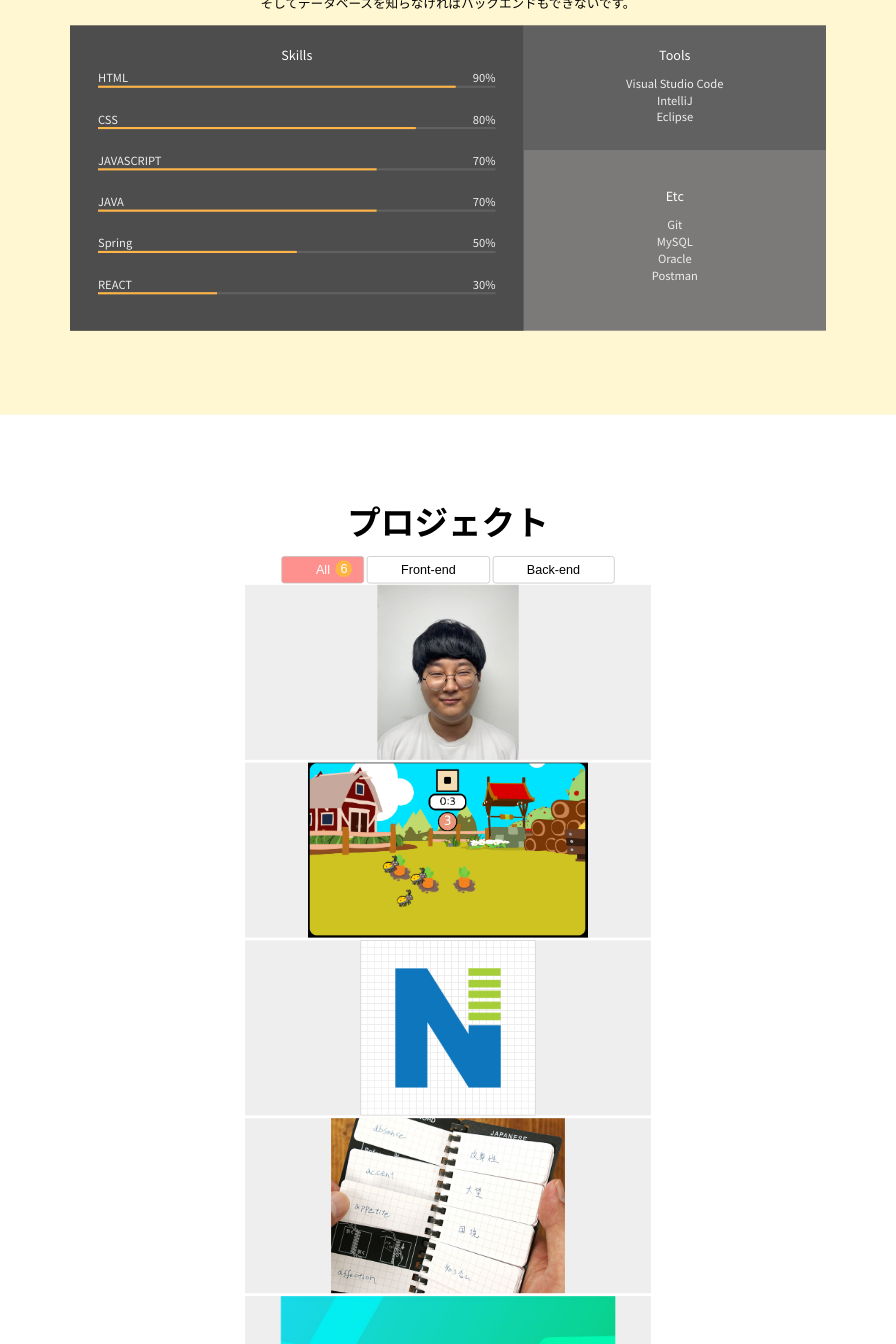
Repository: N1C0N1C0/website_introduction
Page: index.html
These files come from the project's save history. The page is drawn as it stood at one moment and after the next save; the edit follows.
The browser window is 1280 px wide. The pictures show the part of the page from y = 1868 to 3788 px (the page is 4848 px tall), at 70% of full size.
Some web libraries are served in a nearby version.

Above is the page before, as saved 2023-08-29 12:53:07.

### index.html
<!DOCTYPE html>
<html lang="en">
  <head>
    <meta charset="UTF-8" />
    <meta name="viewport" content="width=device-width, initial-scale=1.0" />
    <title>自己紹介</title>
    <meta
      name="description"
      content="Portfolio for engineer KimJeongmin"
    />
    <meta name="author" content="Kim" />
    <link rel="icon" type="image/icon" href="imgs/file-pdf-solid.svg" />
    <script src="https://kit.fontawesome.com/04742e9fab.js" crossorigin="anonymous"></script>
    <link href="https://fonts.googleapis.com/css2?family=Noto+Sans+JP:wght@300;400;500&display=swap" rel="stylesheet">

    <link rel="stylesheet" href="style.css" />
    <script src="main.js" defer></script>
  </head>
  <body>
    <!-- Navbar -->
    <nav id="navbar">
      <div class="navbar__logo">
        <i class="fa-regular fa-face-smile"></i>
        <a href="#">キムジョンミン</a>
      </div>
        <ul class="navbar__menu">
          <li class="navbar__menu__item active" data-link="#home">ホーム</li>
          <li class="navbar__menu__item" data-link="#about">紹介</li>
          <li class="navbar__menu__item" data-link="#skills">技術</li>
          <li class="navbar__menu__item" data-link="#work">プロジェクト</li>
          <li class="navbar__menu__item" data-link="#contact">連絡</li>
        </ul>

      <!-- Toggle button -->
      <button class="navbar__toggle-btn">
        <i class="fa-solid fa-bars"></i>
      </button>
    </nav>

    <!-- Home -->
    <section id="home">
      <div class="home__container">
      <img src="imgs/kimu.jpg" alt="Anzang" class="home__avatar" />
      <h1 class="home__title">ようこそ <br />キムジョンミンと申します。</h1>
      <h2 class="home__description">
        今は株式会社SISに内定者です。
      </h2>
      <button class="home__contact">連絡しましょう</button>
    </div>
    </section>
    <!-- About -->
    <section id="about" class="section" class="section__container">
      <h1>自己紹介</h1>
      <p>
        初めまして、2022年9月からITの方を勉強しています。<br>
        研修院ではJAVAのみ習ってからあまりは独学で本とネット講義から見て勉強しています。<br>
        最近はspringとreactというフレームワークに関して学んでいます。
      <div class="about__majors">
        <div class="major">
          <div class="major__icon">
            <i class="fa-solid fa-desktop"></i>
          </div>
          <h2 class="major__title">Front-end</h2>
          <div class="major__description">
            HTML, CSS, JavaScript
            <br />React
          </div>
        </div>
        <div class="major">
          <div class="major__icon">
            <i class="fa-solid fa-database"></i>
          </div>
          <h2 class="major__title">Back-end</h2>
          <div class="major__description">
            Java, JavaScript
            <br />
            Spring
          </div>
        </div>
      </div>
      <div class="about__jobs">
        <div class="job">
          <img src="imgs/sis_image.png" alt="sis" class="job__logo" style="width: 100px; height: 70px;"/>
          <div class="job_description">
            <p class="job__name">
              現在、株式会社SISの内定者
            </p>
            <p class="job__period">2023 SIS - From now on</p>
          </div>
        </div>
      </div>
    </section>

    <!-- Skills -->
    <section id="skills" class="section">
      <div class="section__container">
      <h1>技術</h1>
      <p>
        フレームワークを勉強するために基本的にJAVAとJavaScriptはできなければならないです。<br>
        そしてデータベースを知らなければバックエンドもできないです。
      </p>
      <div class="skillset">
        <div class="skillset__left">
          <h3 class="skillset__title">Skills</h3>
          <div class="skill">
            <div class="skill__description">
              <span>HTML</span>
              <span>90%</span>
            </div>
            <div class="skill__bar">
              <div class="skill__value" style="width: 90%;"></div>
            </div>
          </div>
          <div class="skill">
            <div class="skill__description">
              <span>CSS</span>
              <span>80%</span>
            </div>
            <div class="skill__bar">
              <div class="skill__value" style="width: 80%;"></div>
            </div>
          </div>
          <div class="skill">
            <div class="skill__description">
              <span>JAVASCRIPT</span>
              <span>70%</span>
            </div>
            <div class="skill__bar">
              <div class="skill__value" style="width: 70%;"></div>
            </div>
          </div>
          <div class="skill">
            <div class="skill__description">
              <span>JAVA</span>
              <span>70%</span>
            </div>
            <div class="skill__bar">
              <div class="skill__value" style="width: 70%;"></div>
            </div>
          </div>
          <div class="skill">
            <div class="skill__description">
              <span>Spring</span>
              <span>50%</span>
            </div>
            <div class="skill__bar">
              <div class="skill__value" style="width: 50%;"></div>
            </div>
          </div>
          <div class="skill">
            <div class="skill__description">
              <span>REACT</span>
              <span>30%</span>
            </div>
            <div class="skill__bar">
              <div class="skill__value" style="width: 30%;"></div>
            </div>
          </div>
        </div>
        <div class="skillset__right">
          <div class="tools">
            <h3 class="skillset__title">Tools</h3>
            <ul class="tools__list">
              <li><span>Visual Studio Code</span></li>
              <li><span>IntelliJ</span></li>
              <li><span>Eclipse</span></li>
            </ul>
          </div>
          <br>
          <div class="etc">
            <h3 class="skillset__title">Etc</h3>
            <ul class="ect__list">
              <li><span>Git</span></li>
              <li><span>MySQL</span></li>
              <li><span>Oracle</span></li>
              <li><span>Postman</span></li>
            </ul>
          </div>
        </div>
      </div>
    </div>
    </section>
    <!-- Work -->
    <section id="work" class="section">
      <div class="section__container">
      <h1>プロジェクト</h1>
      <div class="work__categories">
        <button class="category__btn selected" data-filter="*">
          All<span class="category__count">6</span>
        </button>
        <button class="category__btn" data-filter="front-end">
          Front-end<span class="category__count">2</span>
        </button>
        <button class="category__btn" data-filter="back-end">
          Back-end<span class="category__count">4</span>
        </button>
      </div>

      <div class="work__projects">
        <a
          href="https://www.youtube.com/@dream-coding"
          class="project"
          target="_blank"
          data-type="front-end"
        >
          <img
            src="imgs/projects/안종민.png"
            alt="Anzang"
            class="project__img"
          />
          <div class="project__description">
            <h3>Youtube Site</h3>
            <span>Clone coding with HTML and CSS</span>
          </div>
        </a>
        <a
          href="https://github.com/N1C0N1C0/mini_game"
          class="project"
          target="_blank"
          data-type="front-end"
        >
          <img
            src="imgs/mini_game_image.png"
            alt="mini_game"
            class="project__img"
          />
          <div class="project__description">
            <h3>ミニゲーム</h3>
            <span></span>
          </div>
        </a>
        <a
          href="https://github.com/N1C0N1C0/JSP-HRD0620"
          class="project"
          target="_blank"
          data-type="back-end"
        >
          <img
            src="imgs/ncs_image.gif"
            alt="Ncs"
            class="project__img"
          />
          <div class="project__description">
            <h3>NCS試験(JSP)</h3>
            <span>情報処理産業技師を取るために何も参考しなくて掲示板を作ることができます。</span>
          </div>
        </a>
        <a
          href="https://github.com/N1C0N1C0/jsp_wordBook"
          class="project"
          target="_blank"
          data-type="back-end"
        >
          <img
            src="imgs/woodbook_image.png"
            alt="Woodbook"
            class="project__img"
          />
          <div class="project__description">
            <h3>Wordbook(JSP)</h3>
            <span>覚えたい単語があったらすぐに登録してから後で読めます。</span>
          </div>
        </a>
        <a
          href="https://github.com/N1C0N1C0/naver_api_search"
          class="project"
          target="_blank"
          data-type="back-end"
        >
          <img
            src="imgs/naver_api_image.jpeg"
            alt="naver_api"
            class="project__img"
          />
          <div class="project__description">
            <h3>Naver API 検索機能</h3>
            <span>Naverから検索機能を利用して食店の情報が出ます。</span>
          </div>
        </a>
        <a
          href="https://github.com/N1C0N1C0/spring_shop"
          class="project"
          target="_blank"
          data-type="back-end"
        >
          <img
            src="imgs/shop_image.jpeg"
            alt="shop"
            class="project__img"
          />
          <div class="project__description">
            <h3>服屋</h3>
            <span>Spring Bootのいろんな機能を利用してウェーブショッピングモールです。</span>
          </div>
        </a>
      </div>
      </div>
    </section>
    <!-- Contact -->
    <section id="contact" class="section">
      <h1 class="contact__title">話しましょう！</h1>
      <h2 class="contact__email">dothd8775@gmail.com</h2>
      <div class="contact__links">
        <a href="https://github.com/N1C0N1C0" target="_blank">
          <i class="fa-brands fa-github"></i>
        </a>
        <a href="https://github.com/N1C0N1C0" target="_blank">
          <i class="fa-brands fa-square-git"></i>
        </a>
      </div>
      <p class="contact__rights">
        2023 個人プロジェクト - All rights reserved
      </p>
    </section>

    <!-- Arrow up -->
    <button class="arrow__up">
      <i class="fa-solid fa-arrow-up"></i>
    </button>
  </body>
</html>

### style.css
/* Global */
:root {
    /* Color */
    --color-white: #fff;
    --color-light-white: #eee;
    --color-dark-white: #bdbdbd;
    --color-pink: #fe918d;
    --color-dark-pink: #ff6863;
    --color-black: #4d4d4d;
    --color-dark-grey: #4d4d4d;
    --color-grey: #616161;
    --color-light-grey: #7c7979;
    --color-blue: #73aace;
    --color-yellow: #fff7d1;
    --color-orange: #feb546;
    --color-black: #000;

    /* Font size */
    --font-large: 48px;
    --font-medium: 28px;
    --font-regular: 18px;
    --font-small: 16px;
    --font-micro: 14px;

    /* Font weight */
    --weight-bold: 700;
    --weight-semi-bold: 600;
    --weight-regular: 400;

    /* Size */
    --size-border-radius: 4px;

    /* Animation */
    --animation-duration: 300ms;
}

/* Universal tags */
* {
    box-sizing: border-box;
}

body {
    font-family: 'Noto Sans JP', sans-serif;
    margin: 0;
    cursor: default;
}

a {
    text-decoration: none;
    color: var(--color-white);
}

ul {
    list-style: none;
    padding-left: 0;
}

button {
    background-color: transparent;
    cursor: pointer;
    border: none;
    outline: none;
    padding: 0;
}

/* Typography */
h1 {
    font-size: var(--font-large);
    font-weight: var(--weight-bold);
    color: var(--color-black);
    margin: 16px 0;
}

h2 {
    font-size: var(--font-medium);
    font-weight: var(--weight-semi-bold);
    color: var(--color-black);
    margin: 8px 0;
}

h3 {
    font-size: var(--font-regular);
    font-weight: var(--weight-regular);
    color: var(--color-black);
    margin: 8px 0;
}

p {
    font-size: var(--font-regular);
    font-weight: var(--weight-regular);
    color: var(--color-black);
    margin: 4px 0;
}

/* Navbar */
#navbar {
    position: fixed;
    width: 100%;
    display: flex;
    justify-content: space-between;
    background-color: transparent;
    align-items: center;
    color: var(--color-white);
    padding: 16px;
    transition: all var(--animation-duration) ease-in-out;
    z-index: 1;
}

#navbar.navbar--dark {
    background-color: var(--color-black);
    padding: 16px;

}

.navbar__menu {
    display: flex;
}

.navbar__logo {
    font-size: var(--font-medium);
    font-weight: var(--weight-semi-bold);
}

.navbar__menu__item {
    padding: 8px 12px;
    margin: 0 4px;
    cursor: pointer;
    color: var(--color-white);
    border: 1px solid transparent;
    border-radius: var(--size-border-radius);
}

.navbar__menu__item.active {
    border: 1px solid var(--color-white);
}

.navbar__menu__item:hover {
    border-color: var(--color-white);
    background-attachment: var(--color-dark-grey);
}

.navbar__toggle-btn {
    position: absolute;
    top: 20px;
    right: 32px;
    font-size: 24px;
    color: var(--color-white);
    display: none;
}

/* Home */
#home {
    background-color: var(--color-black);
    padding: 40px;
    padding-top: 120px;
    text-align: center;
}

.home__avatar {
    width: 250px;
    height: 250px;
    border-radius: 50%;
    border: 2px solid var(--color-light-white);
}

.home__title,
.home__description {
    color: var(--color-white);
}

.home__contact {
    color: var(--color-white);
    font-size: var(--font-regular);
    font-weight: var(--weight-bold);
    margin: 24px;
    padding: 8px 12px;
    border: 2px solid var(--color-white);
    border-radius: var(--size-border-radius);
}

.home__contact:hover {
    background-color: var(--color-orange);
}

/* Section common */
.section {
    padding: 100px;
    text-align: center;
    margin: auto;
}

.section__container {
    max-width: 1200px;
    margin: auto;
}

/* About */
.about__majors {
    display: flex;
    justify-content: space-around;
    margin: 80px 0;
}

.major__icon {
    width: 170px;
    height: 170px;
    line-height: 170px;
    font-size: 70px;
    margin: auto;
    color: var(--color-blue);
    border: 1px solid var(--color-blue);
    border-radius: 50%;
    margin-bottom: 16px;
}
.major__icon i {
    transition: all var(--animation-duration) ease;
}
.major__icon:hover i {
    color: var(--color-pink);
    transform: rotate(-45deg) scale(1.1);
}
.major__title, .major__description {
    color: var(--color-dark-grey);
}

.major__description {
    font-size: var(--font-small);
}

.job {
    display: flex;
    align-items: center;
    margin-bottom: 10px;
}

.job_description {
    margin: 0 16px;
    text-align: left;
}

.job__name,
.job__period {
    color: var(--color-light-grey);
}

.job__name {
    font-size: var(font-small);
}

.job__period {
    font-size: var(--font-micro);
}

/* Skill */

#skills {
    background-color: var(--color-yellow);
}

.skillset {
    display: flex;
    background-color: var(--color-light-grey);
    color: var(--color-light-white);
    margin: 20px 0;
}

.skillset__title {
    color: var(--color-white);
}

.skill {
    margin-bottom: 32px;
}

.skill__description {
    display: flex;
    justify-content: space-between;
}

.skillset__left {
    flex-basis: 60%;
    background-color: var(--color-dark-grey);
    padding: 20px 40px;
}

.skill__bar {
    width: 100%;
    height: 3px;
    background-color: var(--color-grey);
}

.skill__value {
    height: 3px;
    background-color: var(--color-orange);
}

.skillset__right {
    flex-basis: 40%;
}

.tools {
    background-color: var(--color-grey);
}

.tools,
.etc {
    padding: 20px;
}

/* Work */

.work_categories {
    margin: 40px;
}

.category__btn {
    border: 1px solid var(--color-dark-white);
    border-radius: var(--size-border-radius);
    font-size: var(--font-regular);
    padding: 8px 48px;
    position: relative;
}

.category__btn.selected,
.category__btn:hover {
    background-color: var(--color-pink);
    color: var(--color-white);
}

.category__btn.selected .category__count,
.category__btn:hover .category__count {
    opacity: 1;
}
.category__count {
    background-color: var(--color-orange);
    border-radius: 50%;
    color: var(--color-white);
    margin-left: 5px;
    width: 24px;
    height: 24px;
    line-height: 24px;
    display: inline-block;
    position: absolute;
    top: 5px;
    right: 16px;
    opacity: 0;
    transition: all var(--animation-duration) ease;
}

.work__projects {
    display: flex;
    flex-wrap: wrap;
    justify-content: center;
    opacity: 1;
    transition: all var(--animation-duration) ease-out;
}

.work__projects.anim-out {
    opacity: 0;
    transform: scale(0.96) translateY(40px);

}

.project {
    position: relative;
    display: flex;
    flex-direction: column;
    justify-content: center;
    width: 580px;
    height: 250px;
    margin: 2px;
    background-color: var(--color-light-white);
}

.project.invisible {
    display: none;
}

.project__img {
    max-width: 100%;
    max-height: 100%;
    align-self: center;
}

.project__description {
    position: absolute;
    background-color: black;
    display: flex;
    flex-direction: column;
    justify-content: center;
    width: 100%;
    height: 100%;
    top: 0;
    left: 0;
    opacity: 0;
    transform: translateY(15px);
    transition: all var(--animation-duration) ease-in;
}

.project:hover .project__description {
    opacity: 0.8;
    transform: translateY(0px);
}

.project__description h3 {
    color: var(--color-orange);
}

.project__description h3:after {
    content: '';
    display: block;
    position: relative;
    left: 50%;
    width: 50px;
    height: 2px;
    transform: translateX(-25%);
    margin-left: -12px;
    margin-top: 8px;
    background-color: var(--color-dark-white);
}



/* Contact */
#contact {
    background-color: var(--color-black);
}

.contact__title,
.contact__email,
.contact__rights {
    color: var(--color-white);
}

.contact__title {
    margin: 32px 0;
}

.contact__links {
    font-size: var(--font-large);
    margin: 24px 0;
}

.contact__links i:hover {
    transform: scale(1.1);
    color: var(--color-yellow);
    transition: all var(--animation-duration) ease-in;
}

/* Scroll */
.arrow__up {
    position: fixed;
    bottom: 50px;
    right: 50px;
    width: 70px;
    height: 70px;
    font-size: 50px;
    color: var(--color-white);
    background-color: var(--color-black);
    border-radius: 50%;
    opacity: 0;
    pointer-events: none;
    transition: all var(--animation-duration) ease-in;
}

.arrow__up.visible {
    opacity: 1;
    pointer-events: auto;
}

/* For below 768px screen width */
@media screen and (max-width: 768px) {
    :root {
        /* Font size */
        --font-large: 30px;
        --font-medium: 18px;
        --font-regular: 16px;
        --font-small: 14px;
        --font-micro: 12px;
    }

    .navbar__toggle-btn {
        display: block;
        top: 16px;
        right: 16px;
        font-size: var(--font-medium);
    }

    #navbar {
        flex-direction: column;
        align-items: flex-start;
        background-color: var(--color-black);
    }

    #navbar.navbar--dark {
        padding: 16px;
    }

    .navbar__menu {
        flex-direction: column;
        text-align: center;
        width: 100%;
        display: none;
    }

    .navbar__menu.open {
        display: block;
    }

    .section {
        padding: 16px;
        padding-top: 40px;
    }

    .about__majors {
        flex-direction: column;
        margin-top: 30px;
        margin-bottom: 0;
    }

    .major {
        margin-bottom: 30px;
    }

    .skillset {
        flex-direction: column;
    }

    .category__btn {
        margin: 4px 0;
    }

    .work__categories {
        display: flex;
        flex-direction: column;
        margin-bottom: 10px;
    }

    .project {
        flex-grow: 1;
    }

    .testimonial {
        flex-direction: column;
        align-items: center;
    }

    .testimonial__avatar {
        width: 120px;
        height: 120px;
    }

    .testimonial__avatar:nth-child(odd),
    .testimonial__avatar:nth-child(even) {
        margin: 0;
        margin-bottom: 8px;
    }

    .testimonial__speech-bubble {
        order: 1;
    }

    .arrow__up {
        width: 50px;
        height: 50px;
        font-size: 30px;
        right: 16px;
        bottom: 16px;
    }
}

Loaded but not shown: main.js (153 lines, source omitted)

After the next save:
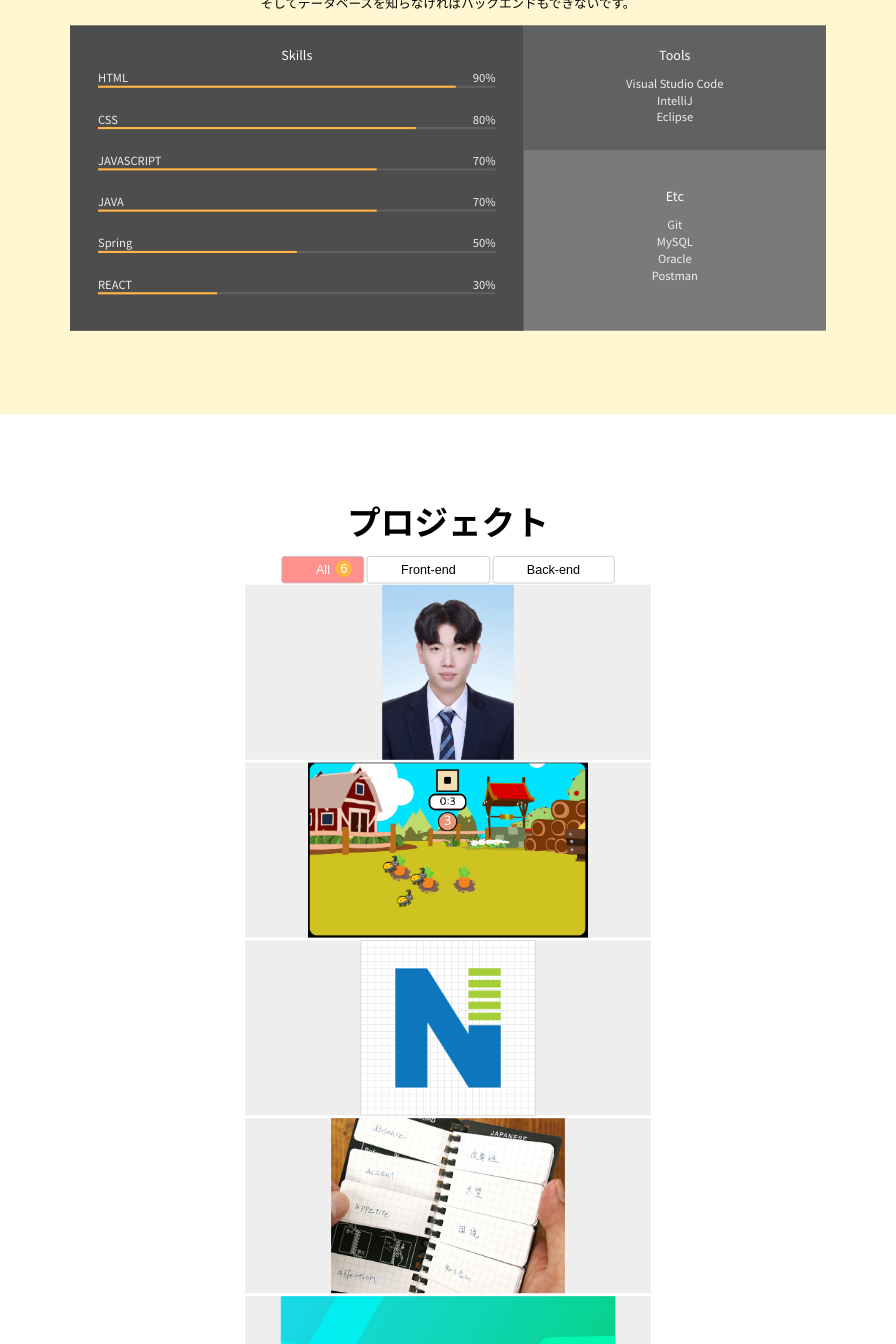
Saved 64 s later.
--- a/index.html
+++ b/index.html
@@ -204,7 +204,7 @@
           data-type="front-end"
         >
           <img
-            src="imgs/projects/안종민.png"
+            src="imgs/kimu.jpg"
             alt="Anzang"
             class="project__img"
           />
